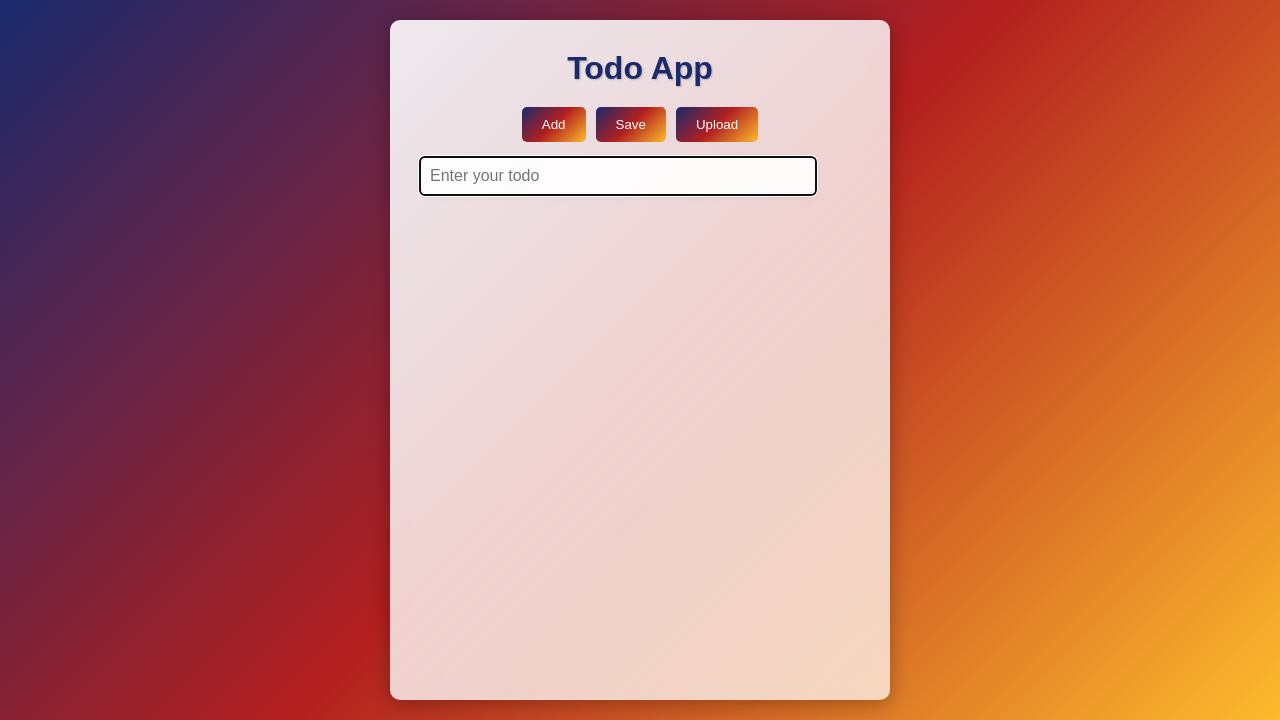
Repository: Teycir/todo-app
Page: index.html
An editor plug-in stored every save of this project. The page is shown before and after the next save, followed by the edit.
The browser window is 1280 px wide. The pictures show the whole page.

Above is the page before, as saved 2024-11-07 18:35:51.

After the next save:
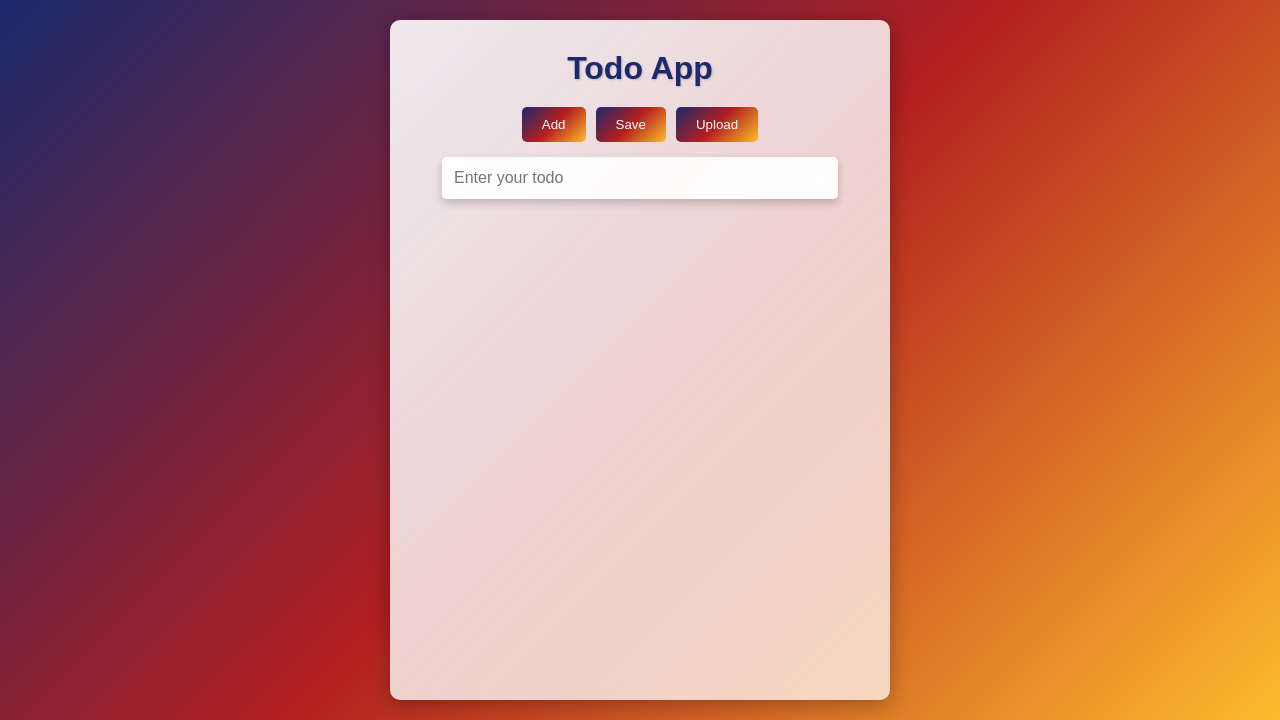
Saved 5 min 13 s later.
--- a/style.css
+++ b/style.css
@@ -39,6 +39,7 @@ h1 {
     flex-direction: column;
     gap: 15px;
     margin-bottom: 20px;
+    align-items: center;
 }
 
 .button-group {
@@ -50,12 +51,27 @@ h1 {
 
 #todoInput {
     width: 90%;
-    padding: 10px;
+    padding: 12px;
     border: none;
     border-radius: 5px;
     font-size: 16px;
-    background: linear-gradient(to right, rgba(255, 255, 255, 0.95), rgba(255, 255, 255, 0.9));
+    background: linear-gradient(135deg,
+        rgba(255, 255, 255, 0.95),
+        rgba(255, 255, 255, 0.85),
+        rgba(255, 255, 255, 0.95)
+    );
     box-shadow: 0 2px 5px rgba(0, 0, 0, 0.1);
+    transition: all 0.3s ease;
+}
+
+#todoInput:focus {
+    outline: none;
+    box-shadow: 0 4px 8px rgba(0, 0, 0, 0.2);
+    background: linear-gradient(135deg,
+        rgba(255, 255, 255, 0.98),
+        rgba(255, 255, 255, 0.9),
+        rgba(255, 255, 255, 0.98)
+    );
 }
 
 #addTodo, #saveTodo, #uploadTodo {
